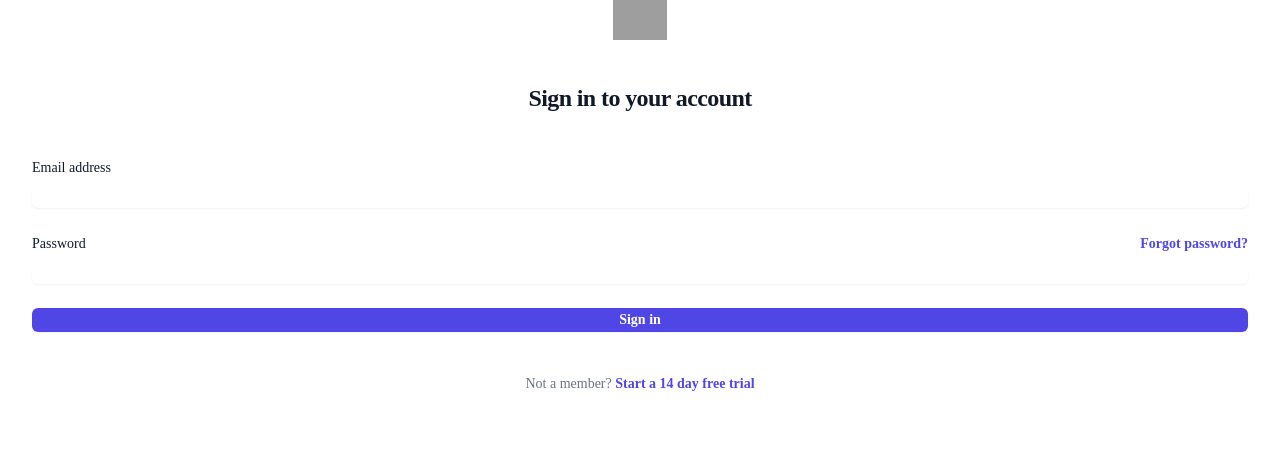
Repository: Gunplay/Smart-Home
Page: /sign-in
These files come from the project's save history. The page is drawn as it stood at one moment and after the next save; the edit follows.
The browser window is 1280 px wide. The pictures show the whole page.
Pictures or frames that could not be fetched are drawn as grey boxes. The project was rebuilt for these pictures with package versions that can differ from the ones it lists, and the page was loaded fresh each time. Also part of the build but not shown: vite.config.js, vite.config.ts, src/components/Form/Register/index.tsx, src/components/Page404/index.tsx.

Above is the page before, as saved 2024-07-03 13:13:34.

### index.html
<!doctype html>
<html lang="en">

<head>
  <meta charset="UTF-8" />
  <link rel="icon" type="image/svg+xml" href="./src/assets/smart-home-svgrepo-com.svg" />
  <meta name="viewport" content="width=device-width, initial-scale=1.0" />
  <title>Smart-Home</title>
  <link real='stylesheet' href='src/style.css'>
</head>

<body>
  <div id="root"></div>

  <script type="module" src="/src/main.tsx"></script>
</body>

</html>

### src/main.tsx
import React from 'react';
import ReactDOM from 'react-dom/client';
import { App } from './App.tsx';
import './css/style.css';

ReactDOM.createRoot(document.getElementById('root')!).render(
	<React.StrictMode>
		<App />
	</React.StrictMode>
);

### src/App.tsx
import { FC } from 'react';
import { RouterProvider } from 'react-router-dom';
import { router } from './components/Router/Router';

export const App: FC = () => <RouterProvider router={router} />;

### src/components/Router/Router.tsx
import { createBrowserRouter, RouteObject } from 'react-router-dom';
import { Home } from '../../pages';
import Register from '../Form/Register';
import SignIn from '../Form/SignIn';
import Page404 from '../Page404';

const routes: RouteObject[] = [
	{
		path: '/',
		element: <Home />,
	},
	{
		path: '/register',
		element: <Register />,
	},
	{
		path: '/sign-in',
		element: <SignIn />,
	},
	{
		path: '*', // This will match any route not matched by the above routes
		element: <Page404 />,
	},
];

export const router = createBrowserRouter(routes);

### src/components/Form/SignIn/index.tsx
/*
  This example requires some changes to your config:

  ```
  // tailwind.config.js
  module.exports = {
    // ...
    plugins: [
      // ...
      require('@tailwindcss/forms'),
    ],
  }
  ```
*/
export default function SignIn() {
	return (
		<>
			{/*
        This example requires updating your template:

        ```
        <html class="h-full bg-white">
        <body class="h-full">
        ```
      */}
			<div className='flex min-h-full flex-1 flex-col justify-center px-6 py-12 lg:px-8'>
				<div className='sm:mx-auto sm:w-full sm:max-w-sm'>
					<img
						className='mx-auto h-10 w-auto'
						src='https://tailwindui.com/img/logos/mark.svg?color=indigo&shade=600'
						alt='Your Company'
					/>
					<h2 className='mt-10 text-center text-2xl font-bold leading-9 tracking-tight text-gray-900'>
						Sign in to your account
					</h2>
				</div>

				<div className='mt-10 sm:mx-auto sm:w-full sm:max-w-sm'>
					<form className='space-y-6' action='#' method='POST'>
						<div>
							<label
								htmlFor='email'
								className='block text-sm font-medium leading-6 text-gray-900'
							>
								Email address
							</label>
							<div className='mt-2'>
								<input
									id='email'
									name='email'
									type='email'
									autoComplete='email'
									required
									className='block w-full rounded-md border-0 py-1.5 text-gray-900 shadow-sm ring-1 ring-inset ring-gray-300 placeholder:text-gray-400 focus:ring-2 focus:ring-inset focus:ring-indigo-600 sm:text-sm sm:leading-6'
								/>
							</div>
						</div>

						<div>
							<div className='flex items-center justify-between'>
								<label
									htmlFor='password'
									className='block text-sm font-medium leading-6 text-gray-900'
								>
									Password
								</label>
								<div className='text-sm'>
									<a
										href='#'
										className='font-semibold text-indigo-600 hover:text-indigo-500'
									>
										Forgot password?
									</a>
								</div>
							</div>
							<div className='mt-2'>
								<input
									id='password'
									name='password'
									type='password'
									autoComplete='current-password'
									required
									className='block w-full rounded-md border-0 py-1.5 text-gray-900 shadow-sm ring-1 ring-inset ring-gray-300 placeholder:text-gray-400 focus:ring-2 focus:ring-inset focus:ring-indigo-600 sm:text-sm sm:leading-6'
								/>
							</div>
						</div>

						<div>
							<button
								type='submit'
								className='flex w-full justify-center rounded-md bg-indigo-600 px-3 py-1.5 text-sm font-semibold leading-6 text-white shadow-sm hover:bg-indigo-500 focus-visible:outline focus-visible:outline-2 focus-visible:outline-offset-2 focus-visible:outline-indigo-600'
							>
								Sign in
							</button>
						</div>
					</form>

					<p className='mt-10 text-center text-sm text-gray-500'>
						Not a member?{' '}
						<a
							href='#'
							className='font-semibold leading-6 text-indigo-600 hover:text-indigo-500'
						>
							Start a 14 day free trial
						</a>
					</p>
				</div>
			</div>
		</>
	);
}

### src/components/Button/index.tsx
interface ButtonProps {
	className?: string; // Optional className for custom styling
	href?: string; // Optional URL for navigation
	children?: React.ReactNode; // Optional child elements for button content
	onClick?: React.MouseEventHandler<HTMLButtonElement> | undefined; // Optional onClick handler
}

const Button: React.FC<ButtonProps> = ({
	//className = 'bg-blue-500 hover:bg-blue-700 text-black font-bold py-2 px-4 rounded',
	className,
	href,
	children = 'Button Text',
	onClick,
}) => {
	return (
		<button className={className} ref={href} onClick={onClick}>
			{children}
		</button>
	);
};

export default Button;

Loaded but not shown: src/css/style.css (1876 lines, source omitted); src/pages/index.js (no copy from this time; the picture is the same without it)

After the next save:
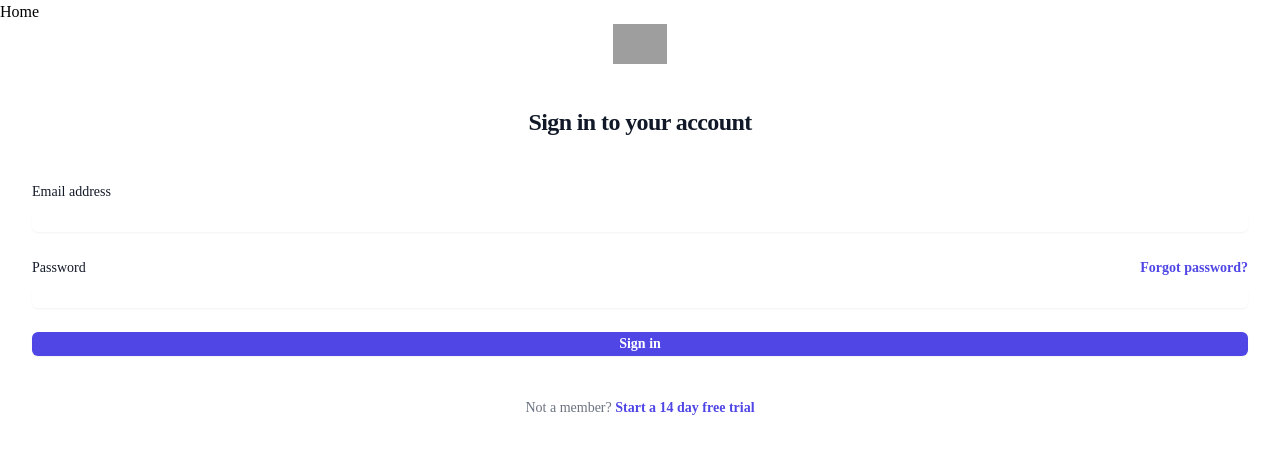
Saved 2 min 15 s later.
--- a/src/components/Form/SignIn/index.tsx
+++ b/src/components/Form/SignIn/index.tsx
@@ -12,6 +12,8 @@
   }
   ```
 */
+import Button from '../../Button';
+
 export default function SignIn() {
 	return (
 		<>
@@ -23,6 +25,7 @@ export default function SignIn() {
         <body class="h-full">
         ```
       */}
+			<Button >Home</Button>
 			<div className='flex min-h-full flex-1 flex-col justify-center px-6 py-12 lg:px-8'>
 				<div className='sm:mx-auto sm:w-full sm:max-w-sm'>
 					<img
